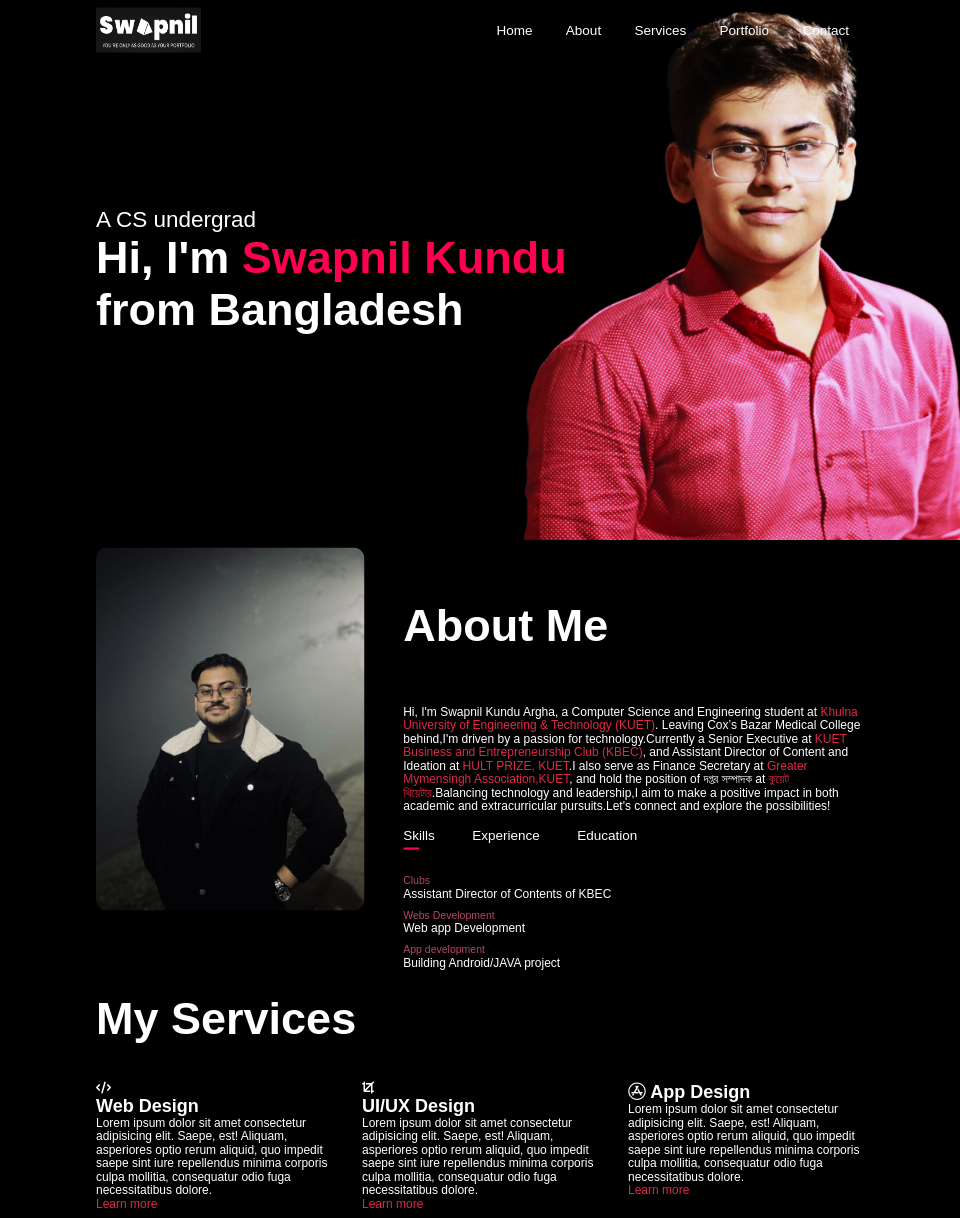
Repository: SwapnilKundu/portfolio
Page: index.html
These files come from the project's save history. The page is drawn as it stood at one moment and after a run of saves; the edit follows.
The browser window is 1280 px wide. The pictures show the whole page, at 75% of full size.
Some web libraries are served in a nearby version.

Above is the page before, as saved 2024-01-20 10:14:35.

### index.html
<!DOCTYPE html>
<html lang="en">
<head>
    <meta charset="UTF-8">
    <meta name="viewport" content="width=device-width, initial-scale=1.0">
    <title>Personal Portfolio Website</title>
    <link rel="stylesheet" href="style.css">
    <script src="https://kit.fontawesome.com/74456a4746.js" crossorigin="anonymous"></script>
</head>
<body>
  <div id="header">
    <div class="container">
        <nav>
            <img src="images/logo1.png" class="logo" width="40" height="60">
            <ul>
                <li><a href ="#">Home</a></li>
                <li><a href ="#">About</a></li>
                <li><a href ="#">Services</a></li>
                <li><a href ="#">Portfolio</a></li>
                <li><a href ="#">Contact</a></li>
            </ul>
        </nav>
        <div class="header-text">
            <p>A CS undergrad </p>
            <h1>Hi, I'm <span>Swapnil Kundu</span> <br> from Bangladesh</h1>
        </div>
    </div>
  </div>
  <div id="about">
    <div class="container">
        <div class="row">
            <div class="about-col-1">
                <img src="images/Aboutme4.jpg" alt="Profile Image">
            </div>
            <div class="about-col-2">
                <h1 class="sub-title"><br>About Me</h1>
                <p>
                    <br><br><br><br>Hi, I'm Swapnil Kundu Argha, a Computer Science and Engineering student at <a href="http://www.kuet.ac.bd/" target="_blank">Khulna University of Engineering & Technology (KUET)</a>. Leaving Cox’s Bazar Medical College behind,I'm driven by a passion for technology.Currently a Senior Executive at <a href="https://www.facebook.com/KBEC.official">KUET Business and Entrepreneurship Club (KBEC)</a>, and Assistant Director of Content and Ideation at <a href="https://scontent.fjsr8-1.fna.fbcdn.net/v/t39.30808-6/414475463_878653704262850_605489790676270348_n.jpg?_nc_cat=106&ccb=1-7&_nc_sid=dd5e9f&_nc_eui2=AeG7qaCzWQGluZMTMKWtrD6ipcnI0dawWuilycjR1rBa6PLkHzdtJERiOyrmRQaxy3TT_q5vz9qIQ5m4l8xfiGP6&_nc_ohc=qg8Pu4EAUVYAX9avaA_&_nc_ht=scontent.fjsr8-1.fna&oh=00_AfBZ6Lqa5248mqS64WxhR3KxGRhN1UCrqkgUgA0V5dsZlw&oe=65AF45DF">HULT PRIZE, KUET</a>.I also serve as Finance Secretary at <a href="#link-to-GMA">Greater Mymensingh Association,KUET</a>, and hold the position of দপ্তর সম্পাদক at <a href="#link-to-theater">কুয়েট থিয়েটার</a>.Balancing technology and leadership,I aim to make a positive impact in both academic and extracurricular pursuits.Let's connect and explore the possibilities!
                </p>

                <div class="tab-titles">
                    <p class="tab-links active" onclick="opentab('skills')">Skills</p>
                    <p class="tab-links" onclick="opentab('experience')">Experience</p>
                    <p class="tab-links"onclick="opentab('education')">Education</p>
            </div>
            <div class="tab-contents active-tab"id ="skills">
                <ul>
                    <li><span>Clubs</span><br>Assistant Director of Contents of KBEC</li>
                    <li><span>Webs Development</span><br>Web app Development</li>
                    <li><span>App development</span><br>Building Android/JAVA project</li>
                </ul>
            </div>
            <div class="tab-contents" id ="experience">
                <ul>
                    <li><span>2022-Current</span><br>An Active member of KBEC</li>
                    <li><span>2023-Semester 2.2</span><br>App Development by JAVA</li>
                    <li><span>2024-Semester 3.1</span><br>Web Development by HTML,CSS,JAVA</li>
                    <li><span>2022-Current</span><br>An Active member of KBEC</li>

                </ul>
            </div>

            <div class="tab-contents" id ="education">
                <ul>
                    <li><span>2018</span><br>SSC from Mymensingh Zilla School,Mymensingh</li>
                        <li><span>2020</span><br>HSC from Ananda Mohan College,Mymensingh</li>
                        <li><span>From March,2022</span><br>Currently studying BSc in CSE department</li>
                </ul>
            </div>
        </div>
    </div>
  </div>

  <div id="Services">
    <div class ="container">
    <h1 class="sub-title">My Services</h1>
    <div class ="services-list">

        <div>
            <i class="fa-solid fa-code"></i>
            <h2>
                Web Design
            </h2>
            <p>Lorem ipsum dolor sit amet consectetur adipisicing elit. Saepe, est! Aliquam, asperiores optio rerum aliquid, quo impedit saepe sint iure repellendus minima corporis culpa mollitia, consequatur odio fuga necessitatibus dolore.

            </p>
            <a href="#">Learn more</a>
        </div>
        <div>
            <i class="fa-solid fa-crop"></i>
            <h2>
                UI/UX Design
            </h2>
            <p>Lorem ipsum dolor sit amet consectetur adipisicing elit. Saepe, est! Aliquam, asperiores optio rerum aliquid, quo impedit saepe sint iure repellendus minima corporis culpa mollitia, consequatur odio fuga necessitatibus dolore.

            </p>
            <a href="#">Learn more</a>
        </div>
        <div>
            <h2>
                <i class="fa-brands fa-app-store"></i>
                App Design
            </h2>
            <p>Lorem ipsum dolor sit amet consectetur adipisicing elit. Saepe, est! Aliquam, asperiores optio rerum aliquid, quo impedit saepe sint iure repellendus minima corporis culpa mollitia, consequatur odio fuga necessitatibus dolore.

            </p>
            <a href="#">Learn more</a>
        </div>
        </div>
    </div>
  </div>
  <script>
    var tablinks = document.querySelectorAll(".tab-links");
    var tabcontents = document.querySelectorAll(".tab-contents");

    function opentab(tabname) {
        for (tablink of tablinks) {
            tablink.classList.remove("active-link");
        }

        for (tabcontent of tabcontents) {
            tabcontent.classList.remove("active-tab");
        }

        var activeTab = document.getElementById(tabname);
        activeTab.classList.add("active-tab");

        var activeLink = document.querySelector(`.tab-links[data-tab="${tabname}"]`);
        activeLink.classList.add("active-link");
    }
</script>

</body>
</html>

### style.css
*
{
    margin: 0;
    padding: 0;
    font-family: 'Poppins',sans-serif;
    box-sizing: border-box;
}

body
{
    background: #000;
    color: #fff;
}
#header
{
    width: 100%;
    height: 100vh;
    background-image: url(images/ccc2.png);
    background-size: cover;
    background-position: left;
    background-repeat: no-repeat;
    overflow: hidden;
}
.container
{
padding: 10px 10%;
}
nav{
    display: flex;
    align-items: center;
    justify-content: space-between;
    flex-wrap: wrap;
}
.logo{
    width: 140px;
}

nav ul li{
    display:inline-block;
    list-style: none;
    margin: 10px 20px;

}
nav ul li a{
    color: #fff;
    text-decoration:none ;
    font-size: 18px;
    position: relative;
}

nav ul li a::after
{
    content: '';
    width:0;
    height:3px;
    background:#ff004f;
    position: absolute;
    left: 0;
    bottom: -6px;
    transition: 0.5s;

}
nav ul li a:hover::after
{
    width:100%;
}
.header-text{
    margin-top: 20%;
    font-size: 30px;
}
.header-text h1
{
    font-size:60px;
}
.header-text h1 span
{
    color:#ff004f;
}

#about a {
    color: #db2a4a;
    text-decoration: none;
}

#about a:hover {
    color: #ababab;
}
.row
{
    display: flex;
    justify-content: space-between;
    flex-wrap: wrap;
}

.about-col-1{
    flex-basis:35%;
}
.about-col-1 img
{
    width: 100%;
    border-radius: 15px;
}

.about-col-2
{
    flex-basis: 60%;
}

.sub-title
{
    font-size:60px;
    font-weight:600;
    color:#fff;
}

.tab-titles {
    display: flex;
    margin: 20px 0 40px;
}

.tab-links {
    margin-right: 50px;
    font-size: 18px;
    font-weight: 500;
    cursor: pointer;
    position: relative;
    color: #fff;
    text-decoration: none;
    transition: color 0.5s;
}

.tab-links::after {
    content: '';
    width: 0;
    height: 3px;
    background: #ff004f;
    position: absolute;
    left: 0;
    bottom: -8px;
    transition: 0.5s;
}

.tab-links:hover {
    color: #ff004f; /* Change the color on hover */
}

.tab-links.active::after {
    width: 50%;
}
.tab-contents ul li
{
    list-style:none;
    margin:10px 0;
}
.tab-contents ul li span
{
    color:#b54769;
    font-size: 14px;
}
.tab-contents
{
    display: none;
}
.tab-contents.active-tab
{
    display: block;
}




#services-list
{

    padding :30px 0;
}
.services-list
{
    display:grid;
    grid-template-columns: repeat(auto-fit,minmax(250px, 1fr));
    grid-gap:40px;
    margin-top: 50px;
}

After the next 2 saves:
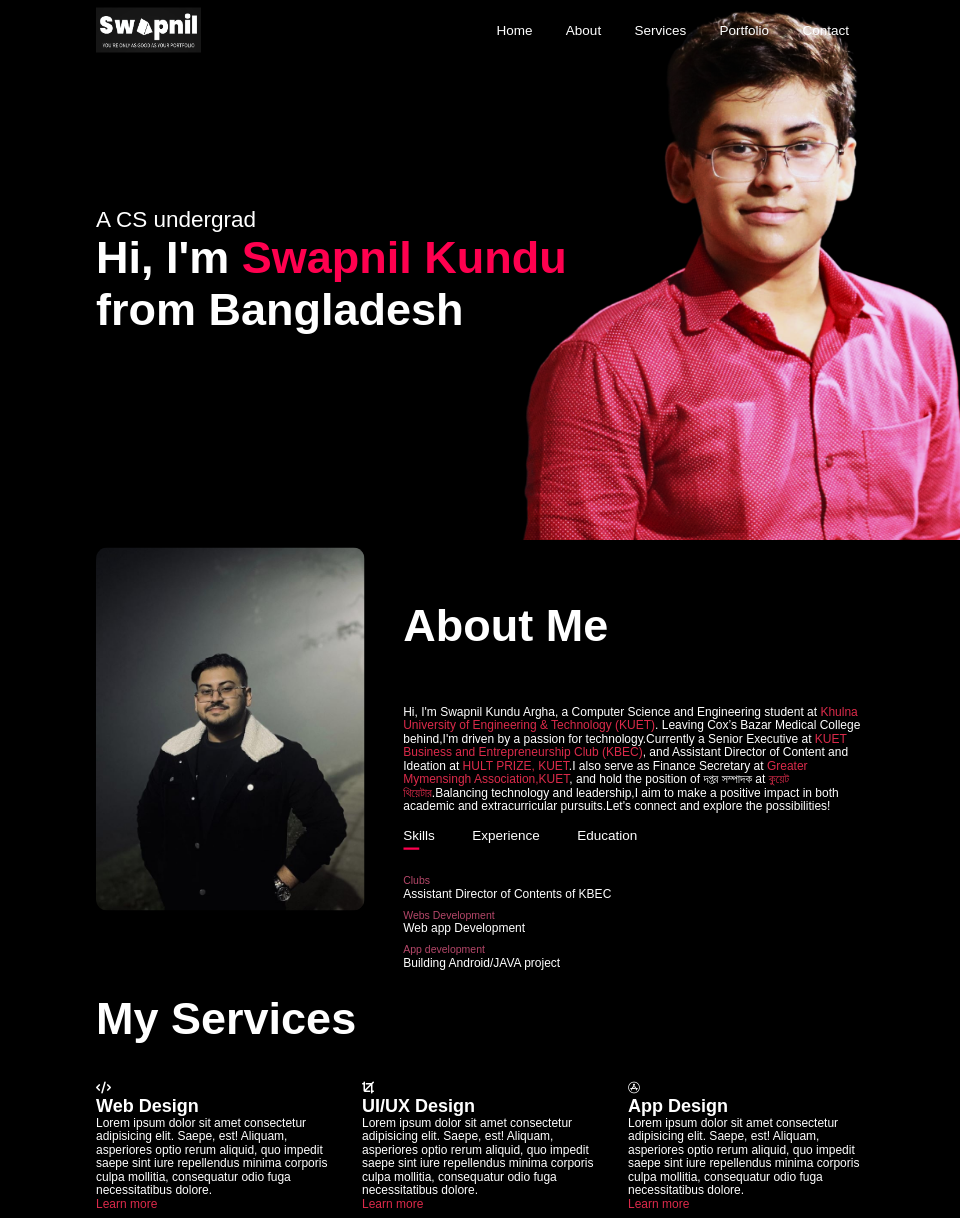
The 2 saves are shown as one change because they came seconds apart.
The last was saved 6 s later.
--- a/index.html
+++ b/index.html
@@ -97,8 +97,9 @@
             <a href="#">Learn more</a>
         </div>
         <div>
+            <i class="fa-brands fa-app-store"></i>
             <h2>
-                <i class="fa-brands fa-app-store"></i>
+
                 App Design
             </h2>
             <p>Lorem ipsum dolor sit amet consectetur adipisicing elit. Saepe, est! Aliquam, asperiores optio rerum aliquid, quo impedit saepe sint iure repellendus minima corporis culpa mollitia, consequatur odio fuga necessitatibus dolore.
